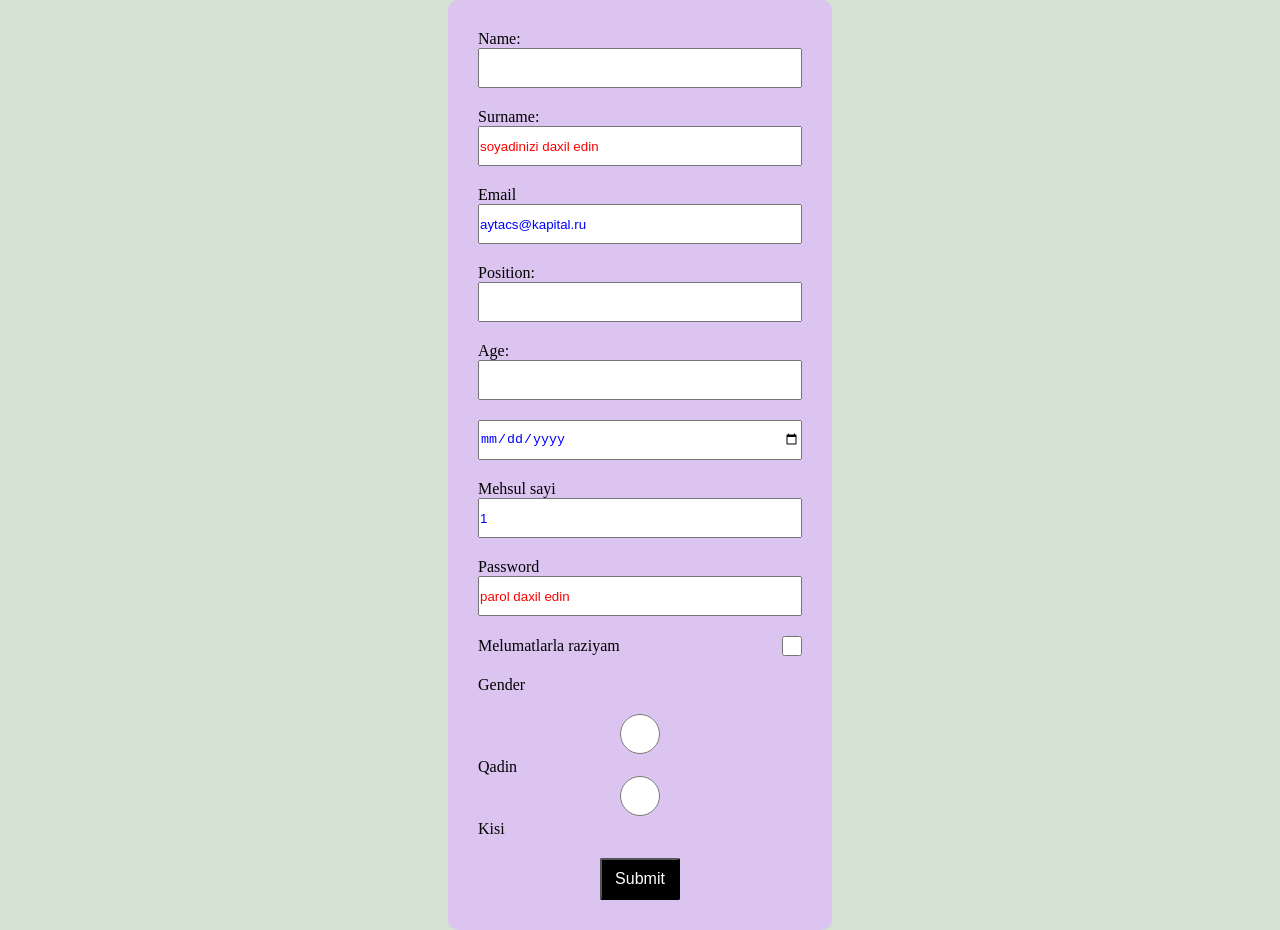
Repository: AytacSafarova/Form-lesson
Page: index.html
These files come from the project's save history. The page is drawn as it stood at one moment and after the next save; the edit follows.
The browser window is 1280 px wide. The pictures show the whole page.

Above is the page before, as saved 2023-08-29 14:55:10.

### index.html
<!DOCTYPE html>
<html lang="en">
  <head>
    <meta charset="UTF-8" />
    <meta name="viewport" content="width=device-width, initial-scale=1.0" />
    <title>Document</title>
    <link rel="stylesheet" href="./index.css" />
  </head>
  <body>
    <div>
      <form action="">
        <label for="">
          Name:
          <input type="text" name="user-name" required/>
        </label>
        <label for="">
          Surname:
          <input placeholder="soyadinizi daxil edin" type="text" required />
        </label>
        <label for="">
          Email
          <input
            placeholder="emaili daxil edin"
            type="email"
            value="aytacs@kapital.ru"
          />
        </label>
        <label for="">
          Position:
          <input type="text" />
        </label>
        <label for="">
          Age:
          <input type="number" />
        </label>
        <label for="">
          <input type="date" />
        </label>
        <label for="">
          Mehsul sayi
          <input
            placeholder="mehsul sayini daxil edin"
            type="number"
            value="1"
          />
        </label>

        <label for="">
          Password
          <input placeholder="parol daxil edin" type="password" />
        </label>
        <label for="" class="input-checkbox">
            Melumatlarla raziyam
            <input type="checkbox">
        </label>
        Gender
        <label for="">

            <input name="gender" type="radio">Qadin
            <input name="gender" type="radio">Kisi
        </label>
        <button type="submit">Submit</button>
      </form>
    </div>
  </body>
  <script src="index.js"></script>
</html>

### index.css
*{
    margin: 0;
    padding: 0;
    box-sizing: border-box;
}
div{
    background-color: #D4E2D4;
   min-height: 100vh;
   width: 100%;
   display: flex;
   justify-content: center;
   align-items: center;
}
form{
    width: 30%;
    padding: 30px;
    background-color: #DBC4F0;
    border-radius: 10px;
    display: flex;
    flex-direction: column;
    gap: 20px;
}
input{
width: 100%;
height: 40px;
color: blue;
}

input::placeholder{
    color: red;
}

.input-checkbox{
    display: flex;
    align-items: center;
    justify-content: space-between;
}
.input-checkbox input{
    width: 20px;
    height: 20px;
}
button{
  padding: 10px;
  width: 80px;
  margin: auto;
  background-color: black;
  color: white;
  font-size: 16px;
  border-radius: 2px;

}

### index.js
document.querySelector('form').addEventListener('submit',(e)=>{
e.preventDefault()
})

After the next save:
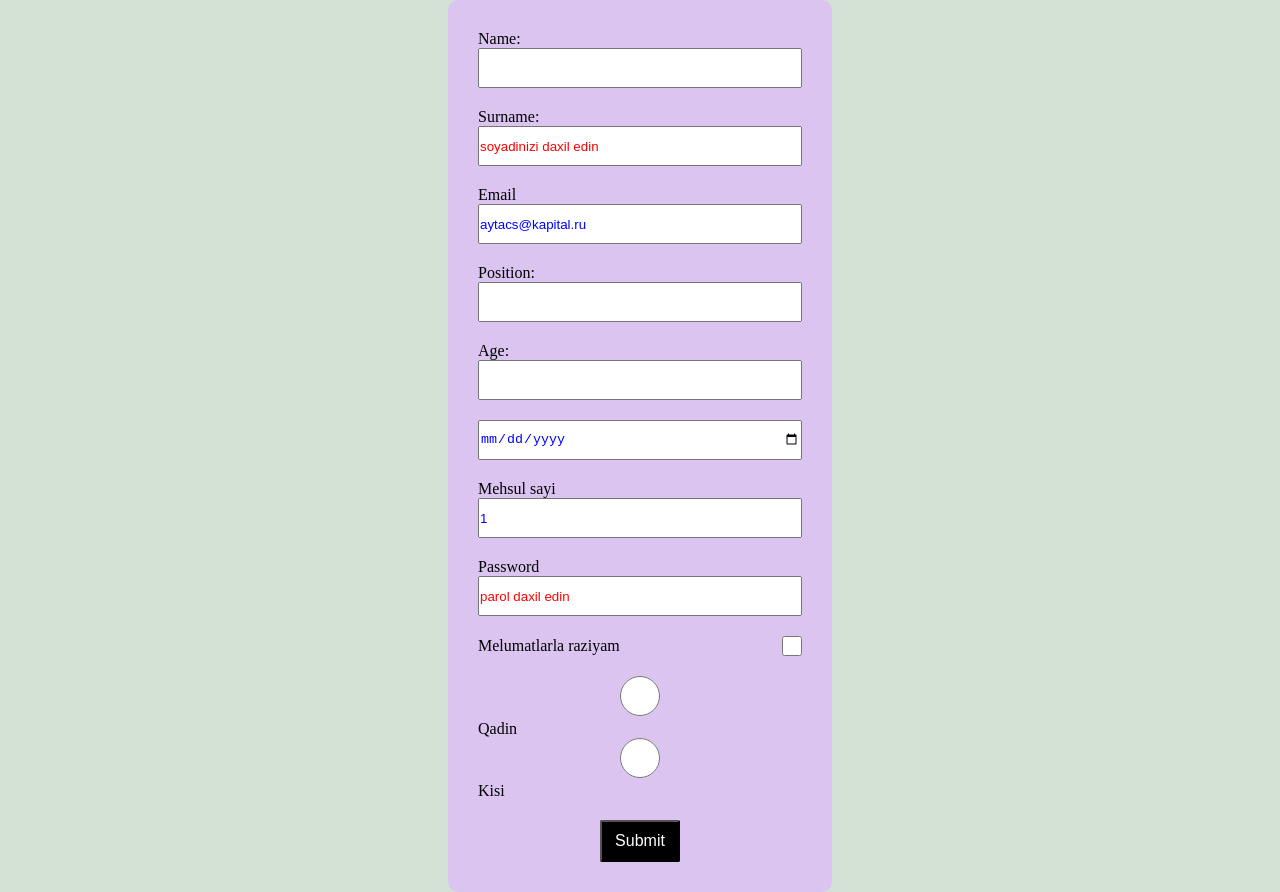
Saved 7 s later.
--- a/index.html
+++ b/index.html
@@ -53,7 +53,7 @@
             Melumatlarla raziyam
             <input type="checkbox">
         </label>
-        Gender
+
         <label for="">
 
             <input name="gender" type="radio">Qadin
